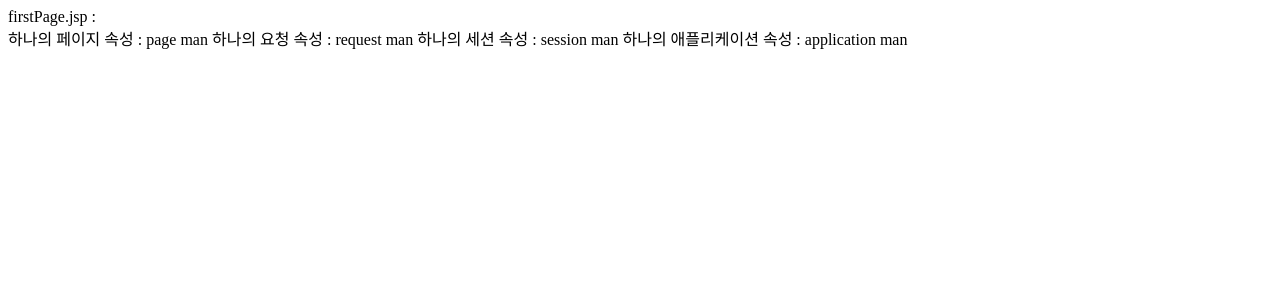
Repository: angwanghyeon/eclipse
Page: http://localhost/sec04/05_secondPage.jsp
The author's editor kept a copy of each file at every save. The page is drawn from the files as they stood at one save, then again after the next save.
The browser window is 1280 px wide. The pictures show the whole page.
The page is served by Tomcat 9.

Above is the page before, as saved 2023-08-31 06:26:42.

After the next save:
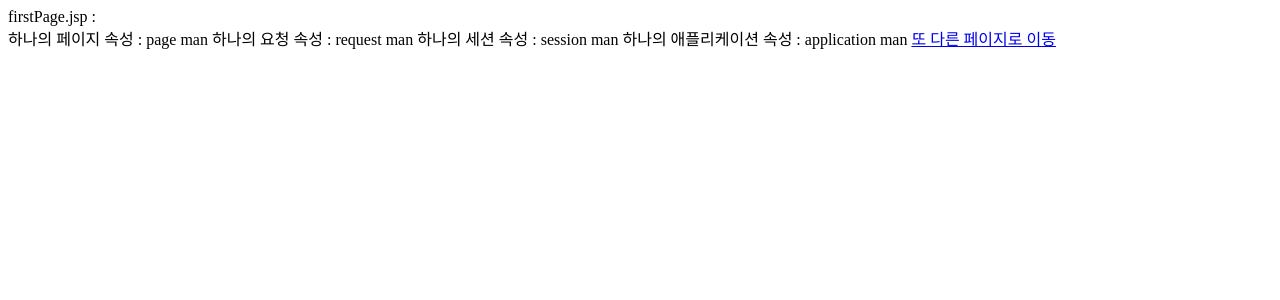
Saved 25 s later.
--- a/sec04/src/main/webapp/05_secondPage.jsp
+++ b/sec04/src/main/webapp/05_secondPage.jsp
@@ -18,5 +18,6 @@ firstPage.jsp : <br>
 하나의 요청 속성 : <%= request.getAttribute("name") %>
 하나의 세션 속성 : <%= session.getAttribute("name") %>
 하나의 애플리케이션 속성 : <%= application.getAttribute("name") %>
+<a href="05_thirdPage.jsp">또 다른 페이지로 이동</a>
 </body>
 </html>
